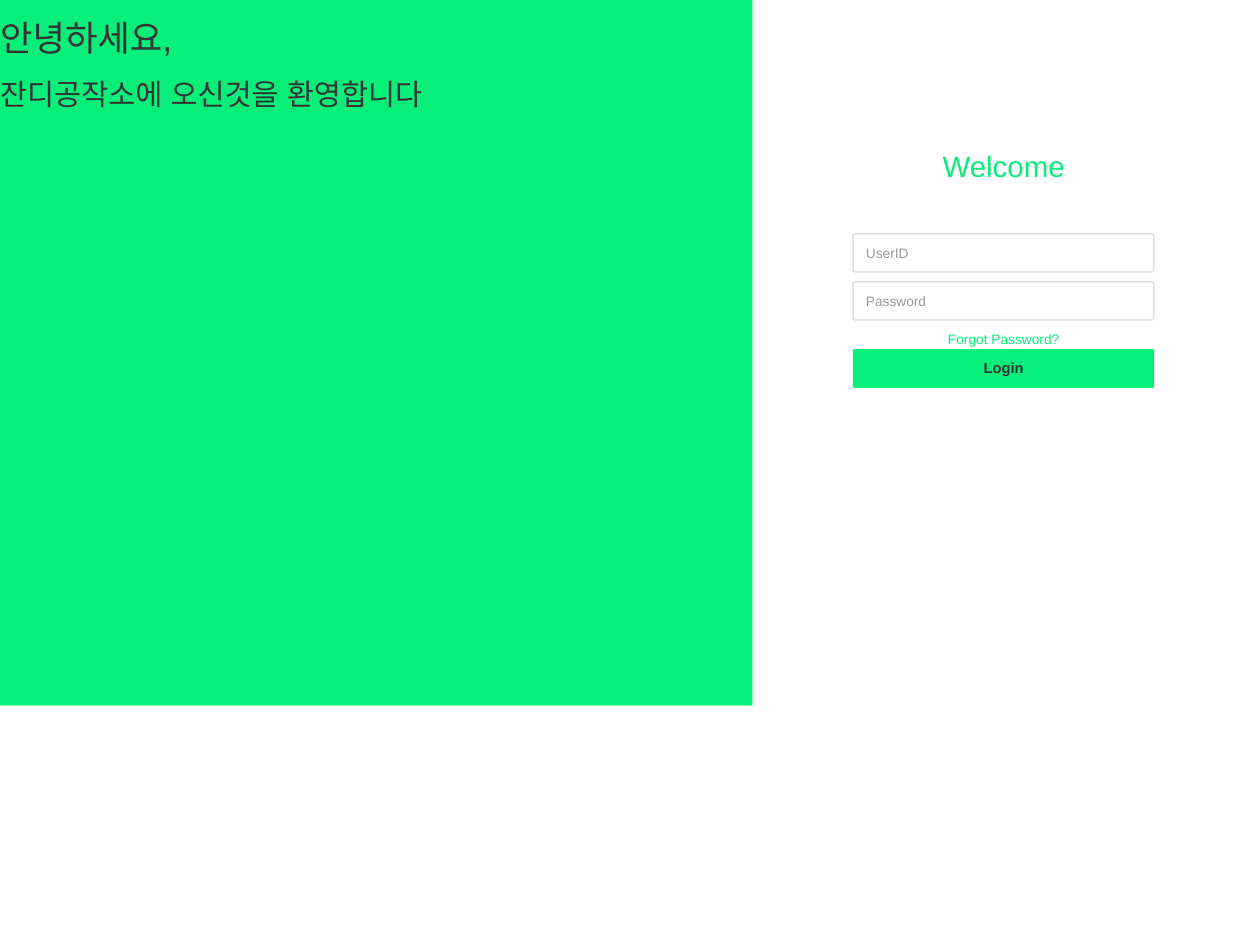
Repository: guddus326/Grass_Farm
Page: http://localhost/Grass_Farm/Index.jsp
The author's editor kept a copy of each file at every save. The page is drawn from the files as they stood at one save, then again after the next save.
The browser window is 1280 px wide. The pictures show the whole page, at 98% of full size.
The page is served by Tomcat 9. Other server files are loaded and not shown.

Above is the page before, as saved 2021-03-16 14:42:19.

### Grass_Farm/Grass_Farm/WebContent/Index.jsp
<%@ page language="java" contentType="text/html; charset=UTF-8" pageEncoding="UTF-8"%>

<!DOCTYPE html>
<html>
<head>
<meta charset="UTF-8">
<meta http-equiv="Content-Type" content="text/html";charset-UTF-8">
<link rel="stylesheet" href="css/bootstrap.min.css">
<title>잔디공작소</title>
<style>


        .login-form {
    		width: 60%;
    		margin: 10% auto;
    		text-align:center;
		}
		.login-btn {
    		font-size: 15px;
    		font-weight: bold;
  			min-height: 40px;
  			border-radius: 2px;
		}

		.form-control{
			width:100%;
			height:40px;
			margin-bottom:3%;
			border-radius: 2px;
		}

 		div {
        	width: 100%;
        	height: 100vh;
        }
    	div.left {
        	width: 60%;
        	float: left;
        	background: #07ef7a;
    	}
    	div.right {
        	width: 40%;
        	float: right;
        	background: #ffffff;
    	}
    	h2.welcome{
    		text-align: center;
    		margin-top: 30%;
    		color:#07ef7a
    	}
     	body {
     		overflow:hidden
     	}

    </style>
</head>

<body>
    <div>
        <div class="left">
        	<h1 class="welcome">안녕하세요,</h1>
        	<h2 class=>잔디공작소에 오신것을 환영합니다</h2>
        </div>

        <div class="right">
        	<h2 class="welcome">Welcome</h2>
        	<div class="login-form">
    			<form action="LoginAction.jsp" method="post">
  					<input type="text" onfocus="" class="form-control" name="userID" placeholder="UserID" required="required">
  					<input type="password" class="form-control" name="userPass" placeholder="Password" required="required">
            		<a href="#" style="color:#07ef7a">Forgot Password?</a>
            		<button type="submit" style="background-color:#07ef7a"class="btn login-btn btn-block">Login</button>

    			</form>
			</div>
        </div>
    </div>
</body>



</body>
</html>

Loaded but not shown: Grass_Farm/Grass_Farm/WebContent/css/bootstrap.min.css (library)

After the next save:
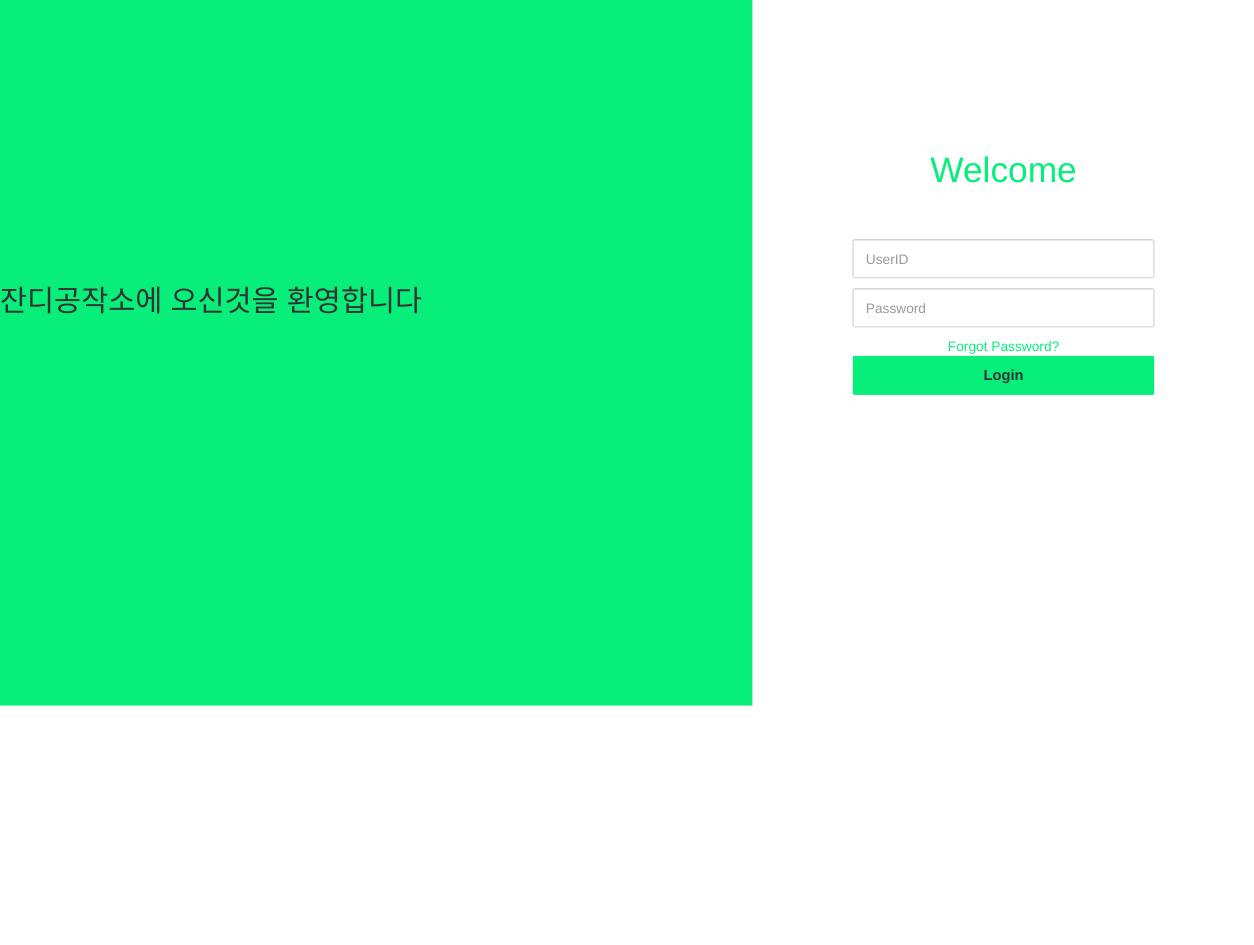
Saved 5 min 22 s later.
--- a/Grass_Farm/Grass_Farm/WebContent/Index.jsp
+++ b/Grass_Farm/Grass_Farm/WebContent/Index.jsp
@@ -9,12 +9,12 @@
 <title>잔디공작소</title>
 <style>
 
-
         .login-form {
     		width: 60%;
     		margin: 10% auto;
     		text-align:center;
 		}
+
 		.login-btn {
     		font-size: 15px;
     		font-weight: bold;
@@ -43,7 +43,7 @@
         	float: right;
         	background: #ffffff;
     	}
-    	h2.welcome{
+    	h1.welcome{
     		text-align: center;
     		margin-top: 30%;
     		color:#07ef7a
@@ -63,7 +63,7 @@
         </div>
 
         <div class="right">
-        	<h2 class="welcome">Welcome</h2>
+        	<h1 class="welcome">Welcome</h1>
         	<div class="login-form">
     			<form action="LoginAction.jsp" method="post">
   					<input type="text" onfocus="" class="form-control" name="userID" placeholder="UserID" required="required">
